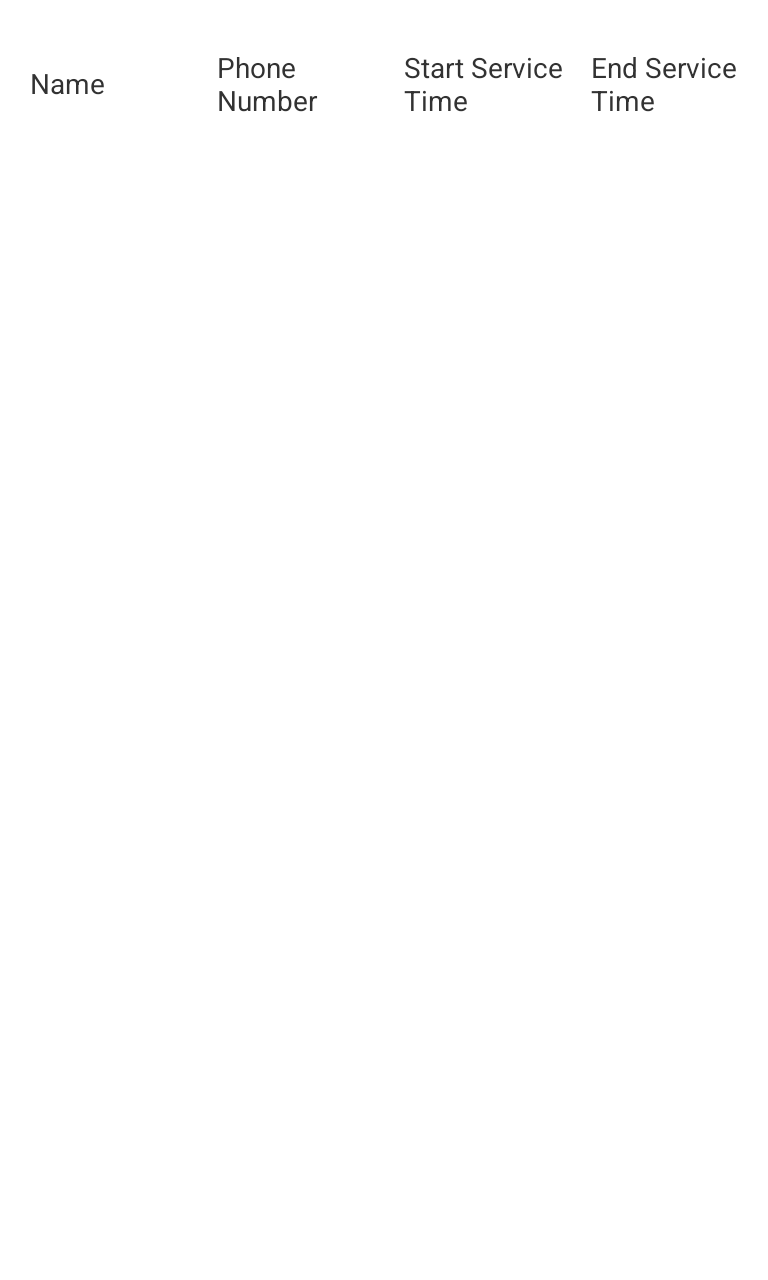
Repository: judemailom/queue-manager
Layout: QueueManager/res/layout/activity_logs.xml
The author's editor kept a copy of each file at every save. The layout is drawn from the files as they stood at one save, then again after the next save.
It is drawn on a 768 x 1280 px phone screen (xhdpi) without system bars, with theme AppTheme; the app's code is not run.

Above is the layout before, as saved 2014-01-30 01:54:05.

After the next save:
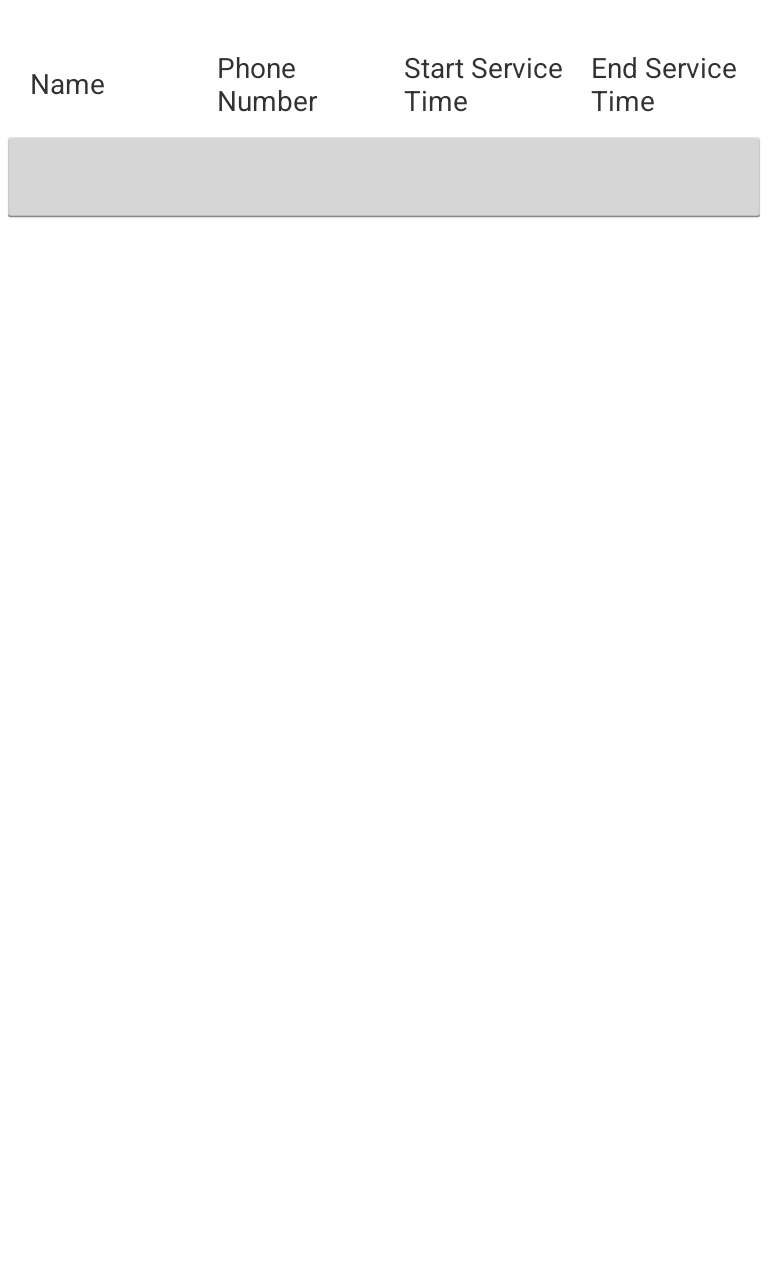
Saved 35 s later.
--- a/QueueManager/res/layout/activity_logs.xml
+++ b/QueueManager/res/layout/activity_logs.xml
@@ -71,7 +71,10 @@
         	</TableRow>
 
 		</TableLayout>
+
 		<Button
-		    />
+		    android:layout_width="match_parent"
+		    android:layout_height="wrap_content" />
+
 	</LinearLayout>
 </ScrollView>
